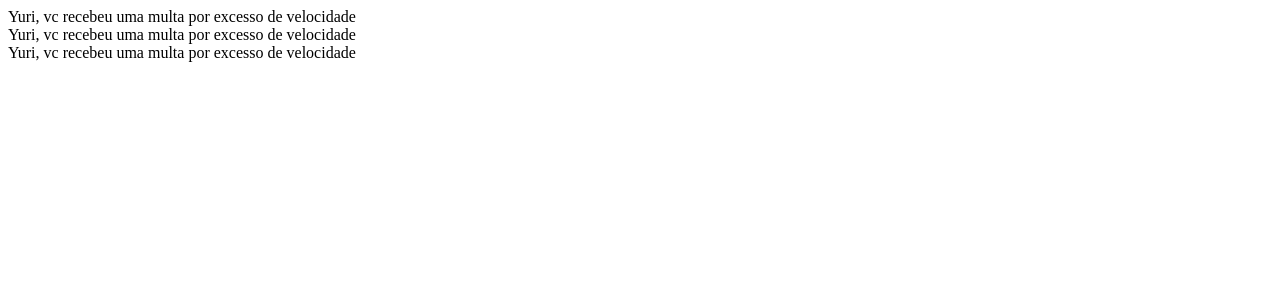
Repository: YuriSarmanho/PHPcourse
Page: http://localhost/6_estruturaControle/11_exercicio26/index.php
These files come from the project's save history. The page is drawn as it stood at one moment and after a run of saves; the edit follows.
The browser window is 1280 px wide. The pictures show the whole page.
The page is run by PHP 8.4 with error messages shown; the project is at /var/www/html/.

Above is the page before, as saved 2022-08-06 21:59:18.

After the next 4 saves:
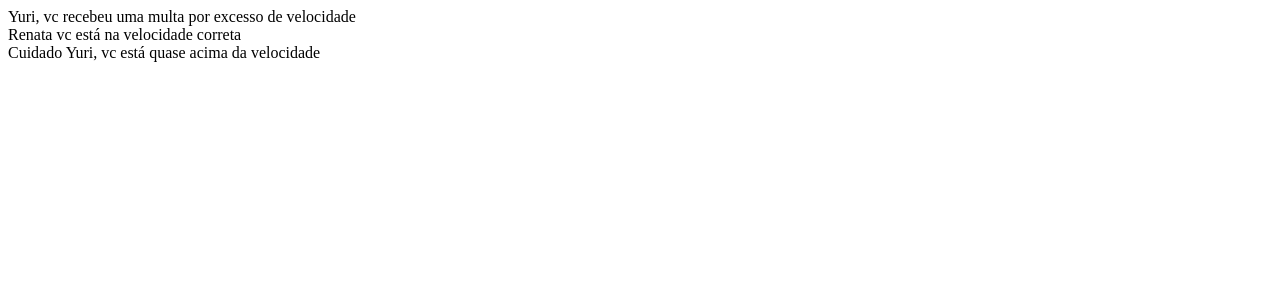
The 4 saves are shown as one change because they came seconds apart.
The last was saved 15 s later.
--- a/6_estruturaControle/11_exercicio26/index.php
+++ b/6_estruturaControle/11_exercicio26/index.php
@@ -12,5 +12,5 @@ function radar($nome, $velocidade)
 }
 
 radar("Yuri", 60);
-radar("Yuri", 60);
-radar("Yuri", 60);
+radar("Renata", 30);
+radar("Yuri", 40);
